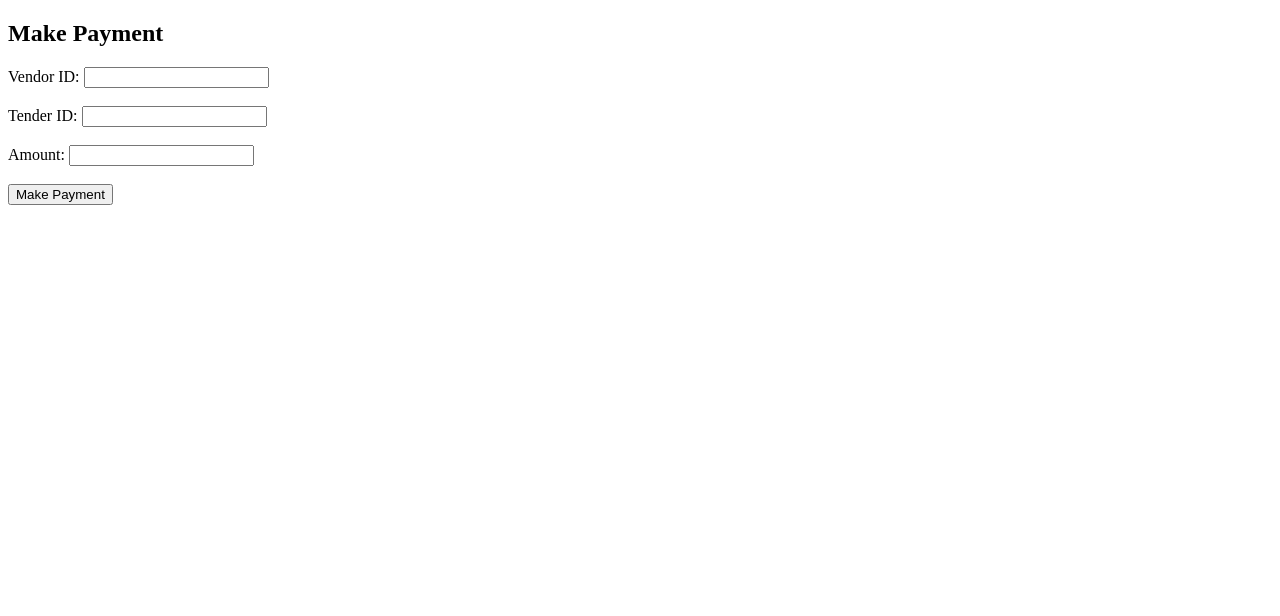
Repository: ShrikantSurve57/Tender-Allotment
Page: http://localhost/tendermanagement/payment.jsp
These files come from the project's save history. The page is drawn as it stood at one moment and after the next save; the edit follows.
The browser window is 1280 px wide. The pictures show the whole page.
The page is served by Tomcat 9.

Above is the page before, as saved 2026-01-22 15:04:55.

After the next save:
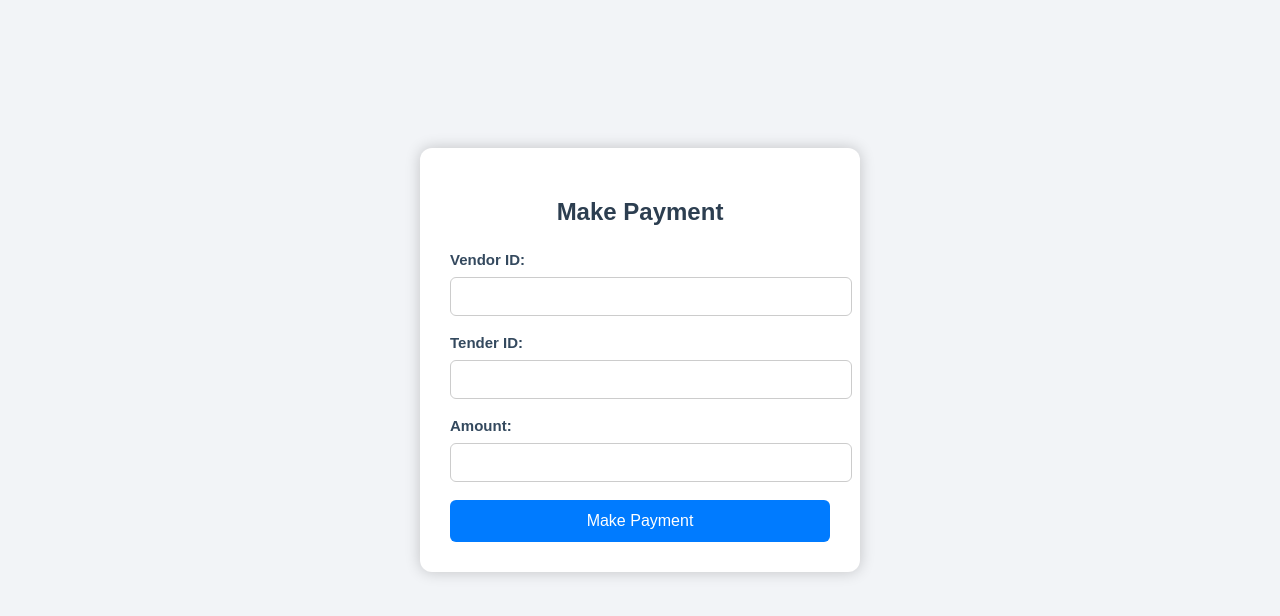
Saved 4 min 16 s later.
--- a/tendermanagement/WebContent/payment.jsp
+++ b/tendermanagement/WebContent/payment.jsp
@@ -5,25 +5,91 @@
 <head>
 <meta charset="UTF-8">
 <title>Payment</title>
+
+<style>
+    body{
+        font-family: Arial, sans-serif;
+        background: #f2f4f7;
+        display: flex;
+        justify-content: center;
+        align-items: center;
+        height: 100vh;
+        margin: 0;
+    }
+
+    .container{
+        background: white;
+        width: 380px;
+        padding: 30px;
+        border-radius: 12px;
+        box-shadow: 0 0 15px rgba(0,0,0,0.2);
+        animation: fadeIn 0.4s ease;
+    }
+
+    h2{
+        text-align: center;
+        color: #2c3e50;
+        margin-bottom: 25px;
+    }
+
+    label{
+        font-size: 15px;
+        font-weight: bold;
+        color: #34495e;
+    }
+
+    input{
+        width: 100%;
+        padding: 10px;
+        margin: 8px 0 18px 0;
+        border-radius: 6px;
+        border: 1px solid #ccc;
+        font-size: 15px;
+    }
+
+    button{
+        width: 100%;
+        background: #007bff;
+        color: white;
+        padding: 12px;
+        font-size: 16px;
+        border: none;
+        border-radius: 6px;
+        cursor: pointer;
+        transition: 0.3s ease;
+    }
+
+    button:hover{
+        background: #0056b3;
+    }
+
+    @keyframes fadeIn {
+        from { opacity: 0; transform: translateY(20px); }
+        to   { opacity: 1; transform: translateY(0); }
+    }
+</style>
+
 </head>
 <body>
 
-<h2>Make Payment</h2>
+<div class="container">
+    <h2>Make Payment</h2>
 
-<form action="PaymentSrv" method="post">
+    <form action="PaymentSrv" method="post">
 
-    <label>Vendor ID:</label>
-    <input type="number" name="vendorId" required><br><br>
+        <label>Vendor ID:</label>
+        <input type="number" name="vendorId" required>
 
-    <label>Tender ID:</label>
-    <input type="number" name="tenderId" required><br><br>
+        <label>Tender ID:</label>
+        <input type="number" name="tenderId" required>
 
-    <label>Amount:</label>
-    <input type="number" step="0.01" name="amount" required><br><br>
+        <label>Amount:</label>
+        <input type="number" step="0.01" name="amount" required>
 
-    <button type="submit">Make Payment</button>
+        <button type="submit">Make Payment</button>
 
-</form>
+    </form>
+</div>
 
 </body>
 </html>
